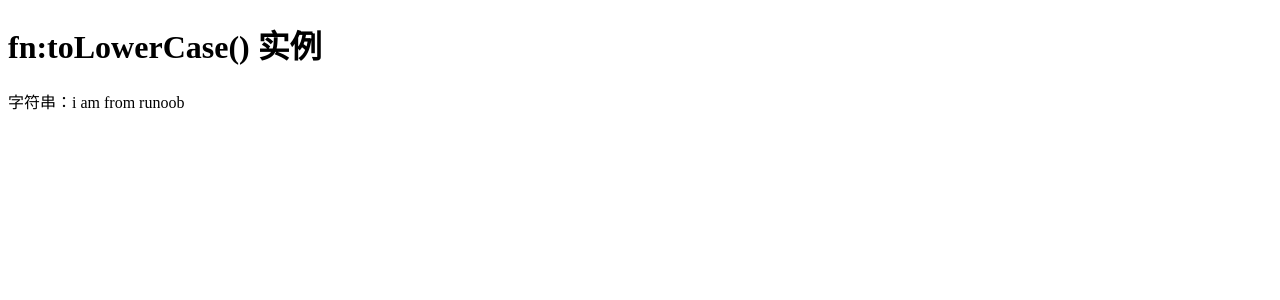
Repository: eterinfi/java
Page: http://localhost/JSPDemo/JSTLDemo/functions/fn_toLowerCase.jsp
An editor plug-in stored every save of this project. The page is shown before and after the next save, followed by the edit.
The browser window is 1280 px wide. The pictures show the whole page.
The page is served by Tomcat 9.

Above is the page before, as saved 2016-11-16 05:20:45.

After the next save:
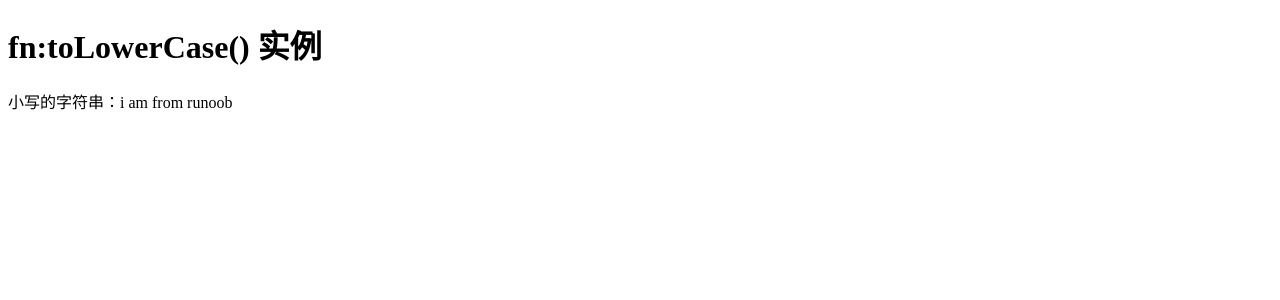
Saved 14 s later.
--- a/jee/JSPDemo/WebContent/JSTLDemo/functions/fn_toLowerCase.jsp
+++ b/jee/JSPDemo/WebContent/JSTLDemo/functions/fn_toLowerCase.jsp
@@ -12,6 +12,6 @@
   <h1>fn:toLowerCase() 实例</h1>
   <c:set var="string1" value="I am from RUNOOB" />
   <c:set var="string2" value="${fn:toLowerCase(string1)}" />
-  <p>字符串：${string2}</p>
+  <p>小写的字符串：${string2}</p>
 </body>
 </html>
